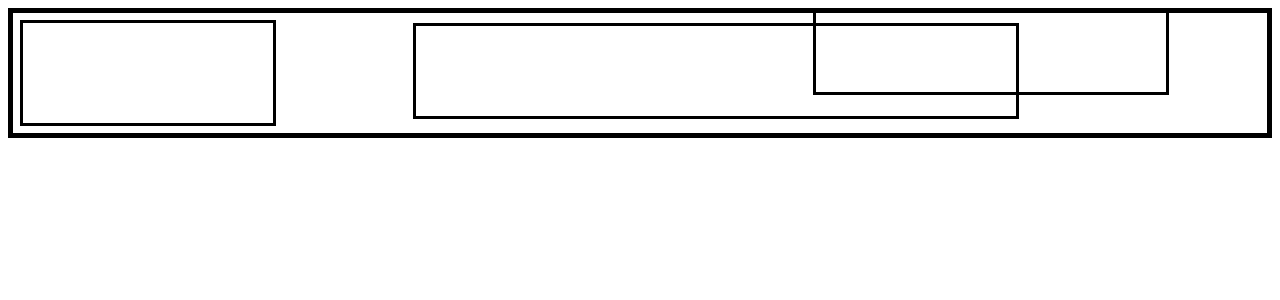
Repository: cartervandekamp/htmlstructure.mdia2003
Page: htmlstructure-psd/index.html
These files come from the project's save history. The page is drawn as it stood at one moment and after a run of saves; the edit follows.
The browser window is 1280 px wide. The pictures show the whole page.

Above is the page before, as saved 2023-01-16 18:06:30.

After the next 2 saves:
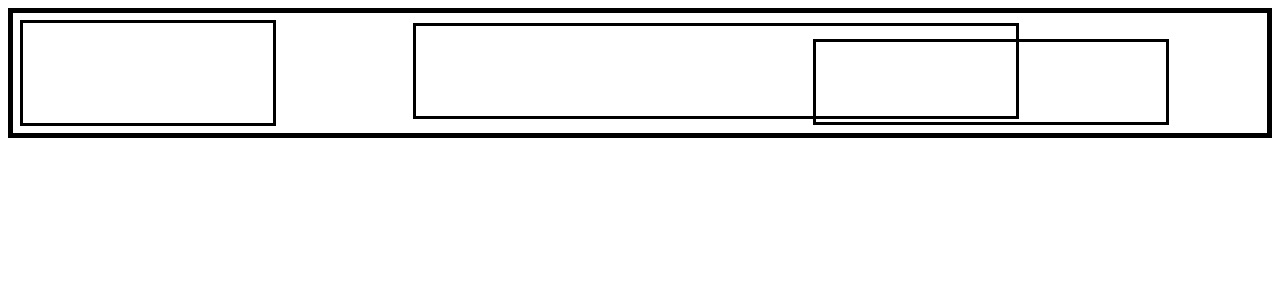
The 2 saves are shown as one change because they came seconds apart.
The last was saved 11 s later.
--- a/htmlstructure-psd/style.css
+++ b/htmlstructure-psd/style.css
@@ -35,5 +35,5 @@ body {
     border-color: black;
     align-items: center;
     margin-left: 800px;
-    margin-top: -110px;
+    margin-top: -80px;
 }
